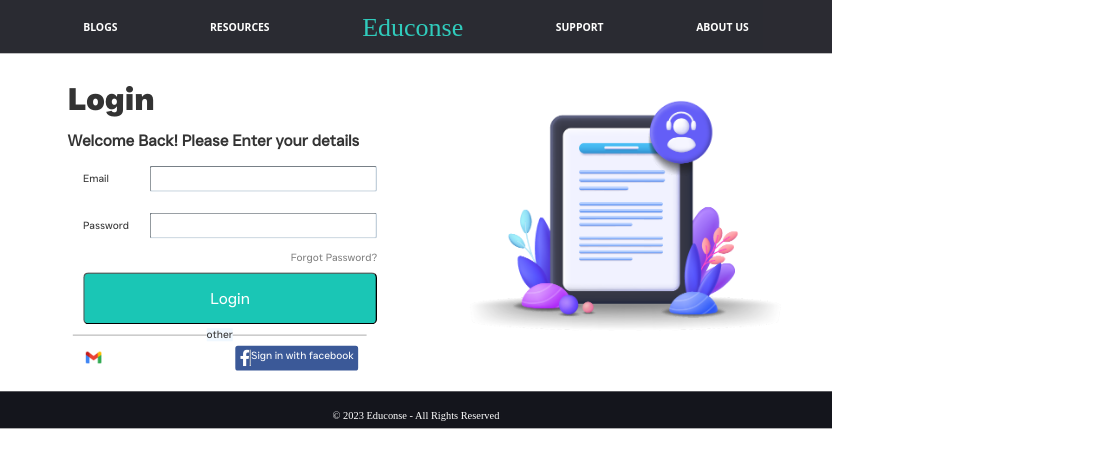
Repository: devajay07/educonse
Page: pages/login.html
The author's editor kept a copy of each file at every save. The page is drawn from the files as they stood at one save, then again after the next save.
The browser window is 1280 px wide. The page is 1312 px wide, then 1712 px, then 1312 px, so the pictures cover 1712 px, including what lies to the right of the window. The pictures show the whole page, at 65% of full size.

Above is the page before, as saved 2023-10-15 03:18:21.

### pages/login.html
<!DOCTYPE html>
<html lang="en">

<head>
  <meta charset="UTF-8" />
  <meta name="viewport" content="width=device-width, initial-scale=1.0" />
  <title>Document</title>

  <script src="https://code.jquery.com/jquery-3.7.0.js"></script>
  <link rel="stylesheet" href="/css/header.css" />
  <link rel="stylesheet" href="/css/login.css" />
</head>

<body>
  <header id="header"></header>
  <main>
    <div class="login-panel">
      <div class="left-section">
        <div class="top">
          <h1 class="heading">Login</h1>
          <h2 class="sub-heading">Welcome Back! Please Enter your details</h2>
        </div>
        <div class="input-form" id="input-form">
          <div class="email">
            <label for="email-input">Email</label>
            <input type="email" name="email-input" id="email-input" />
          </div>
          <div class="password">
            <label for="password-input">Password</label>
            <input type="password" id="password-input">
          </div>
          <div class="forgot">
            <a href="#">Forgot Password?</a>
          </div>
          <input type="button" value="Login" id="submit">
        </div>
        <div class="other">
          <div class="line"></div>
          <p > other </p>
        </div>
        <div class="other-methods">
          <div class="gmail">
            <img src="/images/Gmail_icon_(2020).svg.png" alt="gmail logo" width="24px " height="24px">
            <p>Sign in with Google</p>
          </div>
          <div class="facebook">
            <i class="fa-brands fa-facebook-f"></i>
            <hr>
            <p>Sign in with facebook</p>
          </div>
        </div>
      </div>
      <div class="right-section">

        <img src="/images/login1.png" alt="Login Image" id="login-img">
      </div>
    </div>
  </main>
  <footer>
    <div class="footer-2">&copy; 2023 Educonse - All Rights Reserved</div>
  </footer>
  <script>
    $(document).ready(function () {
      $("#header").load("/pages/header.html");
    });
  </script>
</body>

</html>

### css/header.css
@import url("https://cdnjs.cloudflare.com/ajax/libs/font-awesome/6.4.2/css/all.min.css");
* {
  padding: 0;
  margin: 0;
  box-sizing: border-box;
}
@font-face {
  font-family: "brand-bold";
  src: url("/fonts/brand-bold.otf") format("opentype");
  font-weight: normal;
  font-style: normal;
}
@font-face {
  font-family: "brand-reg";
  src: url("/fonts/brand-regular.otf") format("opentype");
  font-weight: normal;
  font-style: normal;
}

:root {
  --brand-color: hsla(291, 60%, 34%, 1);
  --hookers-green: hsla(174, 17%, 46%, 1);
  --white: hsla(0, 0%, 100%, 1);
  --poppy: hsla(356, 74%, 52%, 1);
  --black: hsla(60, 1%, 14%, 1);
  --beige: #f5f5dc;

  --brand-bold: "brand-bold", sans-serif;
  --brand-reg: "brand-reg", sans-serif;
  --universal-margin: 1rem 8rem;
  --section-margin: 1rem;
  --footer-bg: rgb(20, 21, 28);
}

body {
  background-color: white;
  color: #333; /* A light version of black */
}

.nav-container {
  display: flex;
  align-items: center;
  justify-content: space-between;
  width: 100%;
  margin: var(--universal-margin);
  height: 50px;
}
.nav-container .nav-item {
  font-family: system-ui, -apple-system, BlinkMacSystemFont, "Segoe UI", Roboto,
    Oxygen, Ubuntu, Cantarell, "Open Sans", "Helvetica Neue", sans-serif;
  color: var(--white);
  font-weight: bolder;
}

nav {
  display: flex;
  justify-content: space-between;
  align-items: center;
  background-color: var(--footer-bg);
  opacity: 0.9;
  color: white;
}

nav .brand {
  font-size: 40px;
  color: var(--brand-color);
  font-family: var(--brand-font);
}

nav a {
  text-decoration: none;
  color: white;
}

footer {
  display: flex;
  flex-direction: column;
}
.footer-1 {
  display: flex;
  justify-content: space-evenly;
}
.footer-1 .customer-service > div {
  padding: 0.2rem;
}
.footer-1 h1 {
  font-size: 1.2rem;
  font-family: var(--brand-font);
  margin-bottom: 0.5rem;
}
.footer-1 p {
  font-size: 0.8rem;
  opacity: 0.6;
  color: #f0e8e8;
  padding: 0.3rem;
  font-family: var(--brand-reg);
}
.footer-1 .heading{
  padding-bottom: 1rem;
  font-family: var(--brand-bold);
}


.footer-1 span {
  font-size: 0.8rem;
  margin: 0.4rem;
}

.footer-1 a {
  color: #f0f0ea;
  text-decoration: none;
}
.footer-1 .reach-us {
  display: flex;
  align-items: center;
  flex-direction: column;
}

.reach-us iframe{
  border-radius: 8px;
}

.footer-2{
  padding-top: 1.2rem;
}

.text {
  color: white;
  font-size: 20px;
  position: absolute;
  top: 50%;
  left: 50%;
  transform: translate(-50%, -50%);
  -ms-transform: translate(-50%, -50%);
  white-space: nowrap;
}

@charset "UTF-8";

.svg-inline--fa {
  vertical-align: -0.2em;
}

.rounded-social-buttons {
  text-align: center;
}

.rounded-social-buttons .social-button {
  display: inline-block;
  position: relative;
  cursor: pointer;
  width: 3.125rem;
  height: 3.125rem;
  border: 0.125rem solid transparent;
  padding: 0;
  text-decoration: none;
  text-align: center;
  color: #fefefe;
  font-size: 1.5625rem;
  font-weight: normal;
  line-height: 2em;
  border-radius: 1.6875rem;
  transition: all 0.5s ease;
  margin-right: 0.25rem;
  margin-bottom: 0.25rem;
}

.rounded-social-buttons .social-button:hover,
.rounded-social-buttons .social-button:focus {
  -webkit-transform: rotate(360deg);
  -ms-transform: rotate(360deg);
  transform: rotate(360deg);
}

.rounded-social-buttons .fa-twitter,
.fa-facebook-f,
.fa-linkedin,
.fa-youtube,
.fa-instagram {
  font-size: 25px;
}

.rounded-social-buttons .social-button.facebook {
  background: #3b5998;
}

.rounded-social-buttons .social-button.facebook:hover,
.rounded-social-buttons .social-button.facebook:focus {
  color: #3b5998;
  background: #fefefe;
  border-color: #3b5998;
}

.rounded-social-buttons .social-button.twitter {
  background: #55acee;
}

.rounded-social-buttons .social-button.twitter:hover,
.rounded-social-buttons .social-button.twitter:focus {
  color: #55acee;
  background: #fefefe;
  border-color: #55acee;
}

.rounded-social-buttons .social-button.linkedin {
  background: #007bb5;
}

.rounded-social-buttons .social-button.linkedin:hover,
.rounded-social-buttons .social-button.linkedin:focus {
  color: #007bb5;
  background: #fefefe;
  border-color: #007bb5;
}

.rounded-social-buttons .social-button.youtube {
  background: #bb0000;
}

.rounded-social-buttons .social-button.youtube:hover,
.rounded-social-buttons .social-button.youtube:focus {
  color: #bb0000;
  background: #fefefe;
  border-color: #bb0000;
}

.rounded-social-buttons .social-button.instagram {
  background: #125688;
}

.rounded-social-buttons .social-button.instagram:hover,
.rounded-social-buttons .social-button.instagram:focus {
  color: #125688;
  background: #fefefe;
  border-color: #125688;
}

footer {
  background-color: var(--footer-bg);
  color: white;
  text-align: center;
  padding: 10px 0;
}

### css/login.css
@import url("/css/global.css");
main .login-panel{
  display: flex;
  justify-content: center;
  background-color: var(--white);
  font-family: var(--brand-reg);
}

.left-section{
  width: 800px;
  display: flex;
  flex-direction: column;
  justify-content: center;
  font-family: var(--brand-reg );
  padding: 2rem;
  padding-left: 8rem;
}

.input-form{
  display: flex;
  flex-direction: column;
  font-family: var(--brand-reg);
  padding-left: 2rem;

}
.input>div{
  font-size: 1.3rem;
  margin:0.5rem;
}
label{
  padding-right: 1rem;
}

input[type=password],input[type=email]{
  float: right;
  font-family: var(--brand-reg);
  width:350px;
  height: 40px;
  border-radius:4px;
  margin: 1rem;
  border-color: rgb(195, 208, 219);
  margin-right:0;
  text-align: center;
}
input[type=password]:focus,input[type=email]:focus
{
  background-color:rgb(127, 157, 184);
}

input[type=password]{
  font-size: xx-large;
}
#submit{
  height:80px;
  background-color:var(--brand-color);
  color:var(--white);
  font-family: var(--brand-reg);
  font-size: 1.5rem;
  border-radius:8px;

}
.heading{
  font-family: var(--brand-bold);
  font-size: 3rem;
  padding: 0.5rem;
}

.sub-heading{
  font-family: var(--brand-reg);
  font-size: 1.5rem;
  padding: 0.5rem;

}

.email,.password{
  width: 100%;
  display: flex;
  justify-content: space-between;
  align-items:center;
}

.forgot a{
  text-decoration: none;
  color:grey;
  float: right;
  margin: 0.2rem 0 0.8rem ;
}

.other{
  display: flex;
  justify-content: center;
  align-items: center;
}
.line{
  height:1px;
  width:100%;
  background-color:gray;
  margin:1rem;
}
.other p{
  position: absolute;
  background-color:aliceblue;
  z-index: 1;
}
.other-methods{
  display: flex;
  justify-content: space-around;
}
.other-methods>div{
  display: flex;
  justify-content: space-around;
  color:white;
  padding: 0.4rem;
  border-radius:4px;
}
.gmail{
  background-color:var(--white);
}
.gmail img{
  object-fit: contain;
}
.gmail p{
  color:back;
}
.facebook{
  background-color:#3b5998;

}
#login-img{
  width: 700px;
  height:500px;
  object-fit: contain;
}

### css/global.css
@import url("https://cdnjs.cloudflare.com/ajax/libs/font-awesome/6.4.2/css/all.min.css");
* {
  padding: 0;
  margin: 0;
  box-sizing: border-box;
}
@font-face {
  font-family: "brand-bold";
  src: url("/fonts/brand-bold.otf") format("opentype");
  font-weight: normal;
  font-style: normal;
}
@font-face {
  font-family: "brand-reg";
  src: url("/fonts/brand-regular.otf") format("opentype");
  font-weight: normal;
  font-style: normal;
}

:root {
  --brand-color: rgb(26, 198, 181);
  --hookers-green: hsla(174, 17%, 46%, 1);
  --white: hsla(0, 0%, 100%, 1);
  --poppy: hsla(356, 74%, 52%, 1);
  --black: hsla(60, 1%, 14%, 1);
  --beige: #f5f5dc;

  --brand-bold: "brand-bold", sans-serif;
  --brand-reg: "brand-reg", sans-serif;
  --universal-margin: 1rem 8rem;
  --section-margin: 1rem;
  --footer-bg: rgb(20, 21, 28);
}

### pages/header.html
<nav>
  <div class="nav-container">
    <div class="nav-item">BLOGS</div>
    <div class="nav-item">RESOURCES</div>
    <div class="brand">Educonse</div>
    <div class="nav-item">SUPPORT</div>
    <div class="nav-item">ABOUT US</div>
  </div>
</nav>

After the next save:
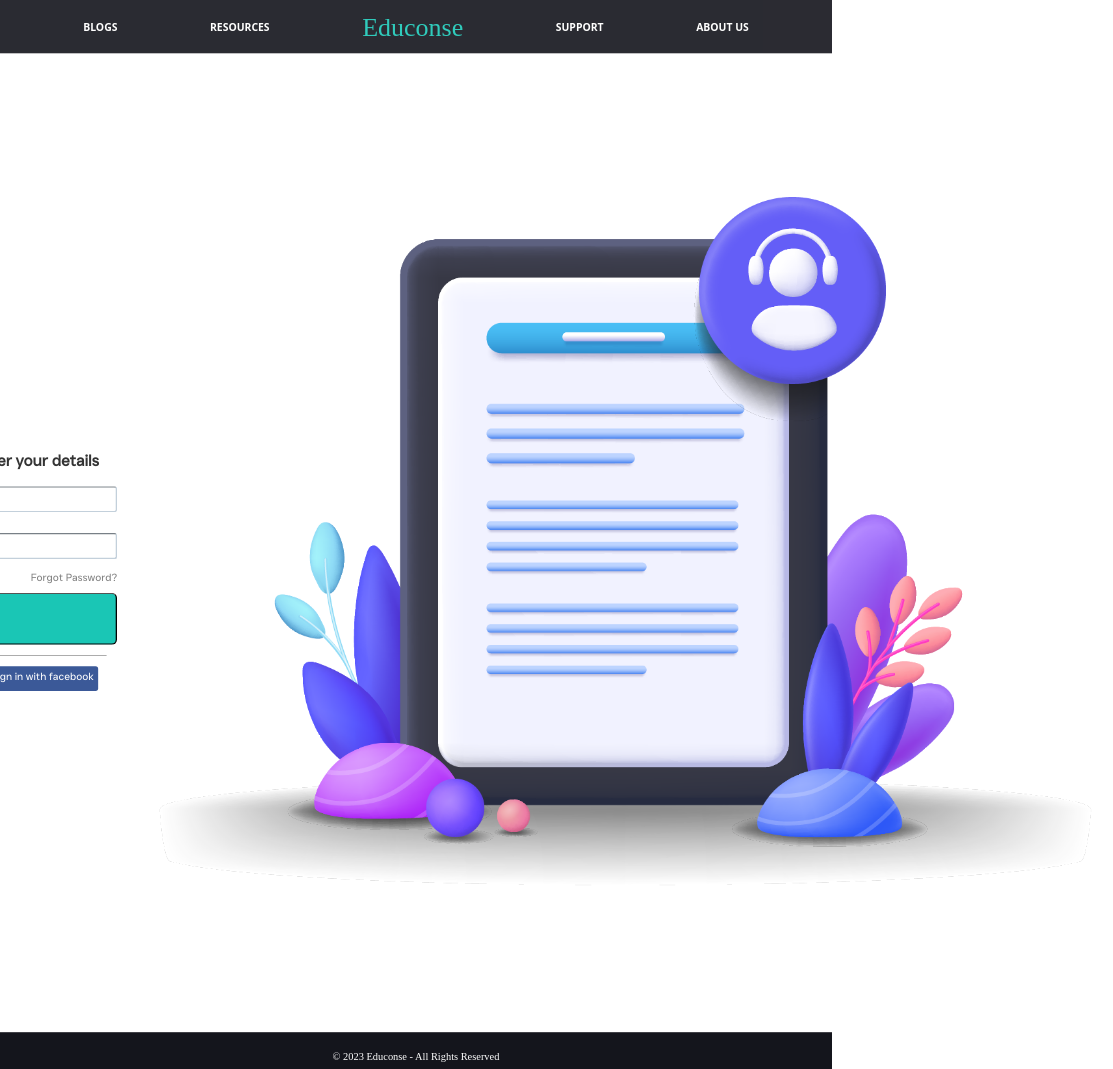
Saved 4 s later.
--- a/css/login.css
+++ b/css/login.css
@@ -126,6 +126,8 @@
   background-color:#3b5998;
 
 }
+
+hr
 #login-img{
   width: 700px;
   height:500px;

After the save that followed:
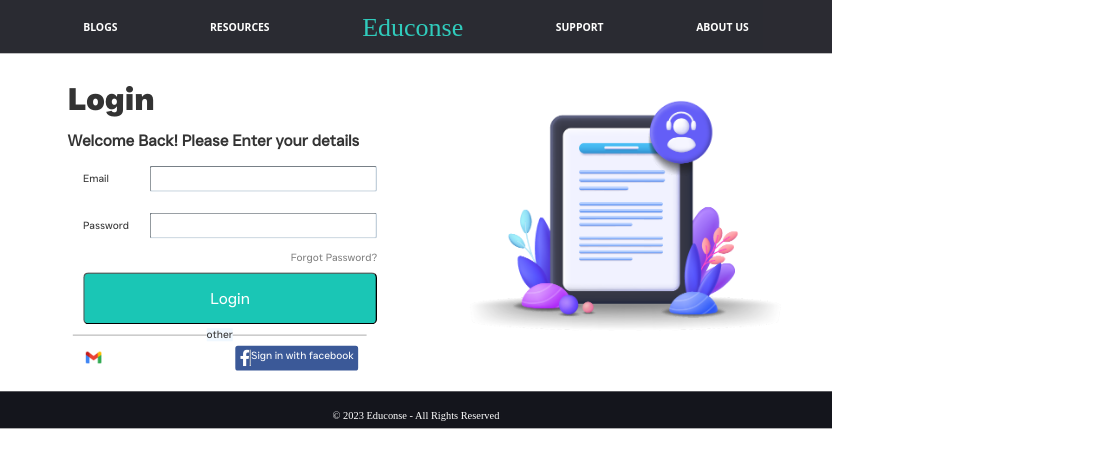
Saved 5 s later.
--- a/css/login.css
+++ b/css/login.css
@@ -127,7 +127,9 @@
 
 }
 
-hr
+hr{
+  margin
+}
 #login-img{
   width: 700px;
   height:500px;
